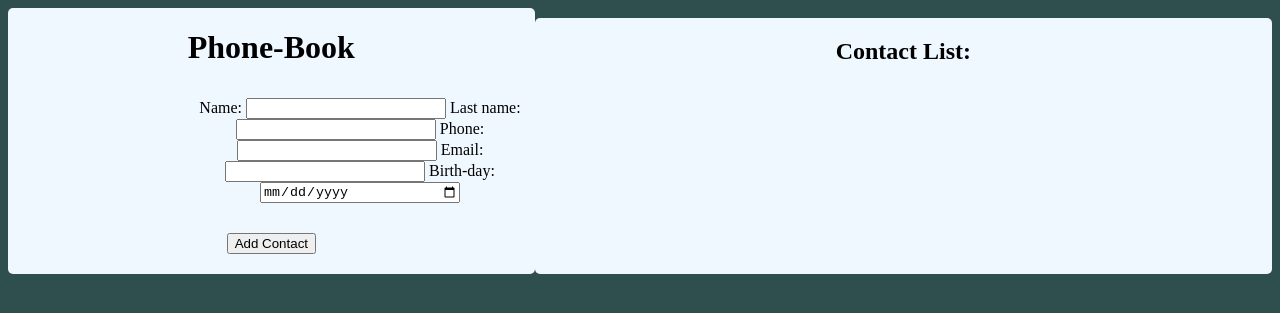
Repository: STA1357/Phone-book
Page: Inner.html
The author's editor kept a copy of each file at every save. The page is drawn from the files as they stood at one save, then again after the next save.
The browser window is 1280 px wide. The pictures show the whole page.

Above is the page before, as saved 2020-12-10 10:47:03.

After the next save:
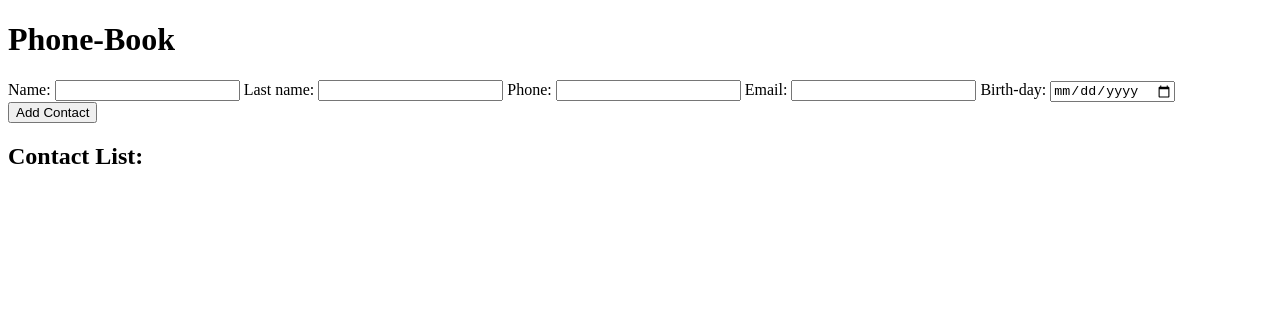
Saved 39 s later.
--- a/styles.css
+++ b/styles.css
@@ -1,59 +1,3 @@
-*{
-    box-sizing: border-box;
+.selected{
+    background-color: forestgreen;
 }
-
-body{
-    display: flex;
-    flex-direction: row;
-    background-color: darkslategray;
-}
-
-form{
-    background-color: aliceblue;
-    border-radius: 5px;
-    width: 50%;
-}
-header{
-    text-align: center;
-}
-
-main{
-    flex-direction: column;
-    padding: 10px;
-    text-align: center;
-}
-
-.container{
-    margin-left: 35%;
-    text-align: center;
-    width: auto;
-}
-
-.btn{
-    padding: 20px;
-    text-align: center;
-}
-
-input{
-    width: 200px;
-    align-items: center;
-}
-
-h2{
-    text-align: center;
-}
-.list-container{
-    margin-top: 10px;
-    background-color: aliceblue;
-    border-radius: 5px;
-    width: 70%;
-}
-
-.selected {
-    background-color: pink;
-}
-
-.deleteBtn::before{
-    color: brown;
-    content: "delete";
-}
